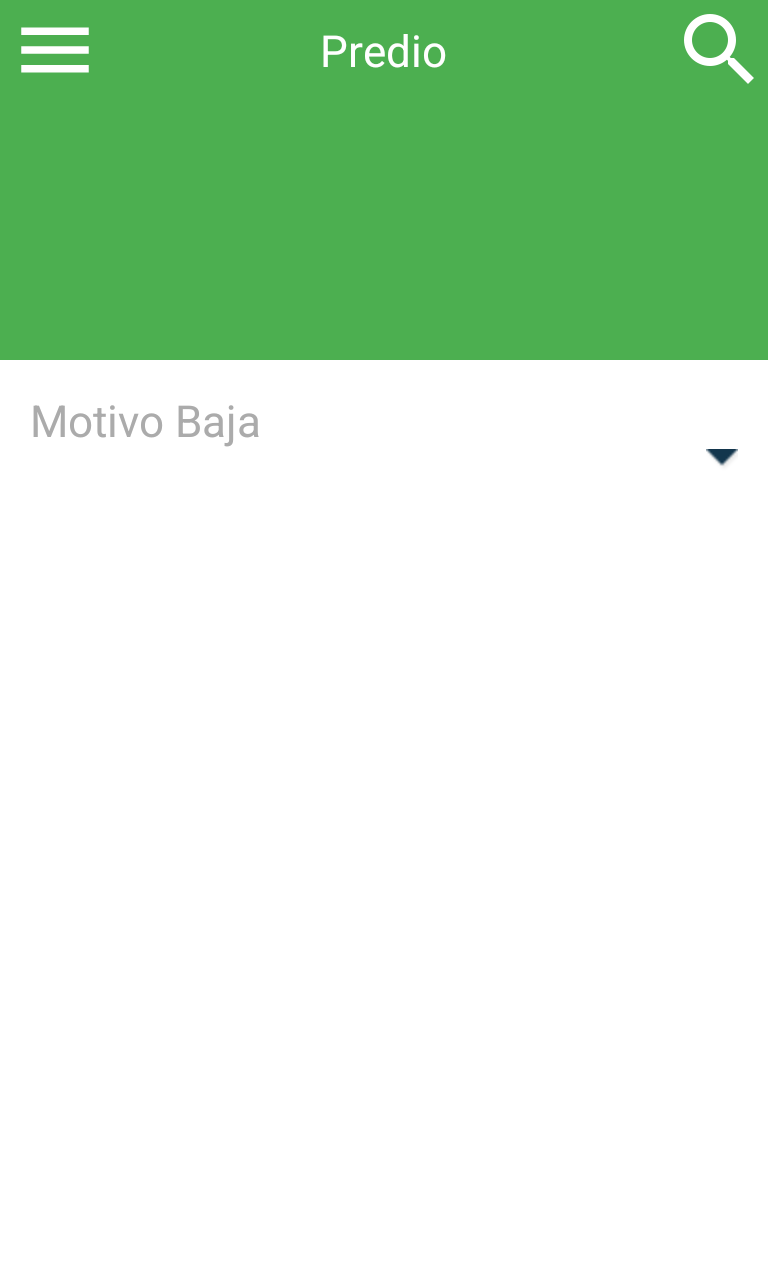
Repository: danielctf/Chilterra
Layout: Proyectos/Animales/res/layout/activity_baja_ganado.xml
These files come from the project's save history. The layout is drawn as it stood at one moment and after the next save; the edit follows.
It is drawn on a 768 x 1280 px phone screen (xhdpi) without system bars, with theme AppTheme; the app's code is not run.

Above is the layout before, as saved 2015-10-09 16:21:29.

### Proyectos/Animales/res/layout/activity_baja_ganado.xml
<LinearLayout xmlns:android="http://schemas.android.com/apk/res/android"
    xmlns:tools="http://schemas.android.com/tools"
    android:id="@+id/LinearLayout1"
    android:layout_width="match_parent"
    android:layout_height="match_parent"
    android:orientation="vertical"
    tools:context="cl.a2r.animales.BajaGanado" >

    <RelativeLayout
        android:layout_width="match_parent"
        android:layout_height="50dp"
        android:background="@color/green" >

        <ImageButton
            android:id="@+id/menu"
            android:layout_width="wrap_content"
            android:layout_height="wrap_content"
            android:layout_alignParentLeft="true"
            android:layout_centerVertical="true"
            android:layout_marginLeft="5dp"
            android:background="@null"
            android:src="@drawable/ic_navigation_menu" />

        <TextView
            android:id="@+id/predio"
            android:layout_width="wrap_content"
            android:layout_height="wrap_content"
            android:layout_centerHorizontal="true"
            android:layout_centerVertical="true"
            android:text="Predio"
            android:textAppearance="?android:attr/textAppearanceLarge"
            android:textColor="@color/white" />

        <ImageView
            android:id="@+id/logs"
            android:layout_width="wrap_content"
            android:layout_height="wrap_content"
            android:layout_alignParentRight="true"
            android:layout_centerVertical="true"
            android:src="@drawable/ic_search_white_48dp" />
    </RelativeLayout>

    <RelativeLayout
        android:layout_width="match_parent"
        android:layout_height="wrap_content"
        android:background="@color/green"
        android:layout_weight="0.2" >

        <TextView
            android:id="@+id/despliegaDiio"
            android:layout_width="wrap_content"
            android:layout_height="wrap_content"
            android:layout_centerHorizontal="true"
            android:layout_centerVertical="true"
            android:text=""
            android:textAppearance="?android:attr/textAppearanceLarge" />

    </RelativeLayout>

    <RelativeLayout
        android:layout_width="match_parent"
        android:layout_height="wrap_content"
        android:layout_weight="0.8" >

        <TextView
            android:id="@+id/textView1"
            android:layout_width="wrap_content"
            android:layout_height="wrap_content"
            android:layout_alignParentLeft="true"
            android:layout_alignParentTop="true"
            android:layout_marginLeft="15dp"
            android:layout_marginTop="15dp"
            android:text="Motivo Baja"
            android:textColor="#ababab"
            android:textAppearance="?android:attr/textAppearanceLarge" />

        <Spinner
            android:id="@+id/motivoBaja"
            android:layout_width="match_parent"
            android:layout_height="wrap_content"
            android:layout_alignLeft="@+id/textView1"
            android:layout_marginRight="15dp"
            android:background="@drawable/shape_drop_down_normal"
            android:layout_below="@+id/textView1" />

    </RelativeLayout>

</LinearLayout>

### Proyectos/Animales/res/values/colors.xml
<?xml version="1.0" encoding="utf-8"?>
<resources>
    <color name="red">#ffff0000</color>
    <color name="darkred">#b22222</color>
    <color name="white">#ffffff</color>
    <color name="gris">#cccccc</color>
    <color name="green">#4caf50</color>
</resources>

### Proyectos/Animales/res/drawable/shape_drop_down_normal.xml
<?xml version="1.0" encoding="utf-8"?>
<layer-list xmlns:android="http://schemas.android.com/apk/res/android" >
<item>
    <bitmap
        android:gravity="end"
        android:src="@drawable/sm_tooltip_arrow" />
</item>
</layer-list>

Loaded but not shown: Proyectos/Animales/res/values/styles.xml (common file); Proyectos/Animales/res/values-v11/styles.xml (common file); Proyectos/Animales/res/values-v14/styles.xml (common file)

After the next save:
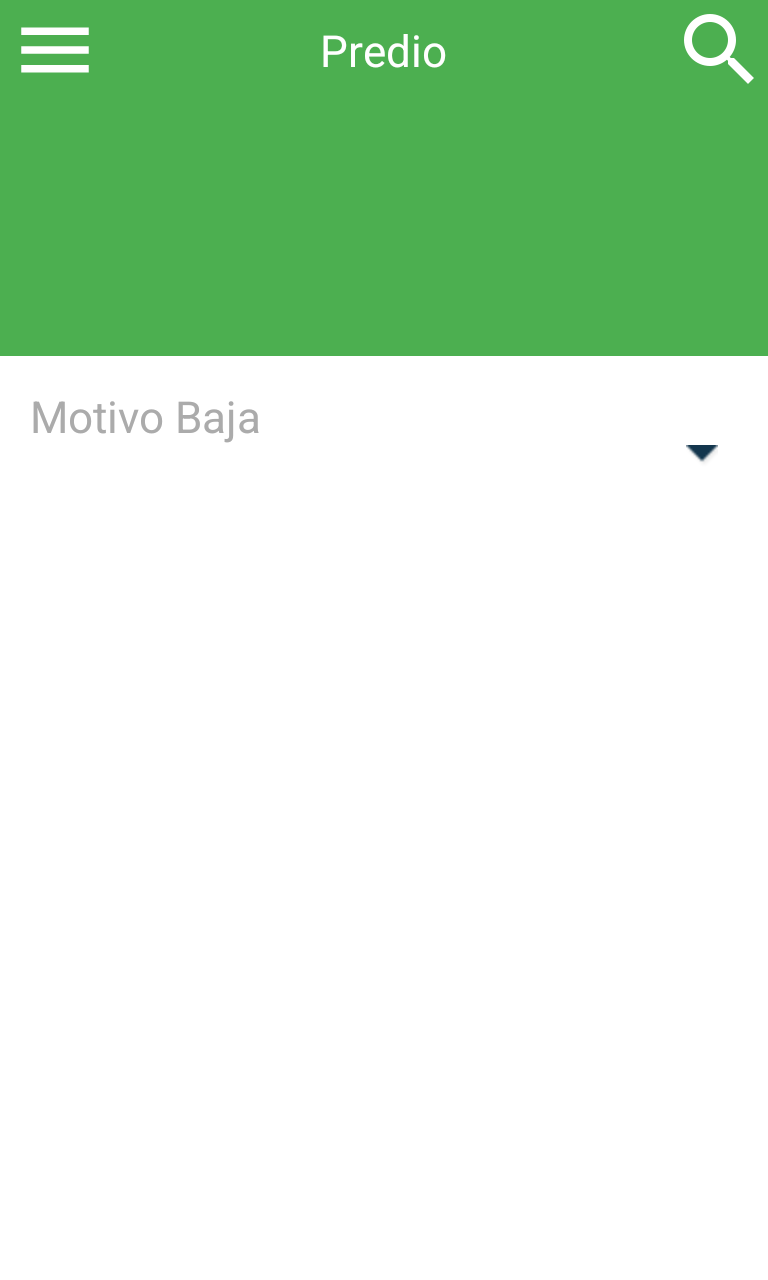
Saved 18 s later.
--- a/Proyectos/Animales/res/drawable/shape_drop_down_normal.xml
+++ b/Proyectos/Animales/res/drawable/shape_drop_down_normal.xml
@@ -1,5 +1,14 @@
 <?xml version="1.0" encoding="utf-8"?>
 <layer-list xmlns:android="http://schemas.android.com/apk/res/android" >
+<item>
+    <shape>
+
+        <padding
+            android:bottom="10dp"
+            android:left="2dp"
+            android:right="10dp" />
+    </shape>
+</item>
 <item>
     <bitmap
         android:gravity="end"
